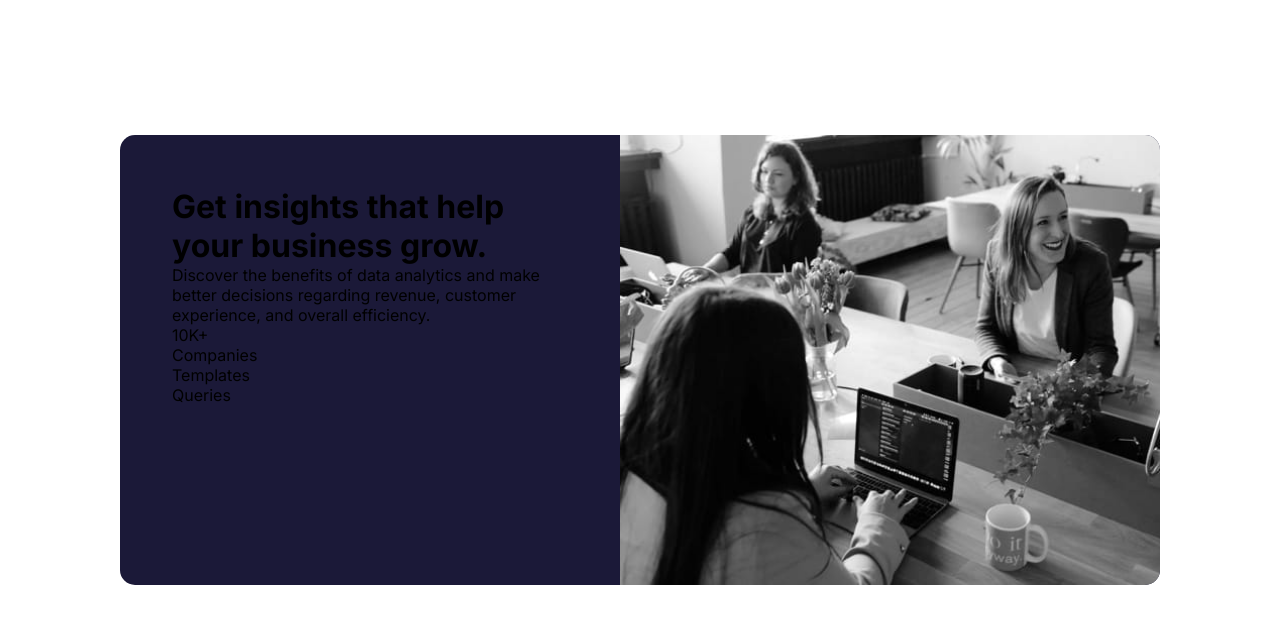
Repository: keisewarsame/stats-preview-frontendmentor
Page: index.html
These files come from the project's save history. The page is drawn as it stood at one moment and after a run of saves; the edit follows.
The browser window is 1280 px wide. The pictures show the whole page.

Above is the page before, as saved 2022-07-12 12:55:04.

### index.html
<!DOCTYPE html>
<html lang="en">
<head>
  <meta charset="UTF-8">
  <meta name="viewport" content="width=device-width, initial-scale=1.0"> <!-- displays site properly based on user's device -->
  <link rel="icon" type="image/png" sizes="32x32" href="./images/favicon-32x32.png">
  <link rel="stylesheet" href="styles.css">
  <title>Frontend Mentor | Stats preview card component</title>
</head>
<body>
    <div class="container">
        <div class="wrapper">
            <div class="text-component">
                <h1 class="title">Get insights that help your business grow.</h1>
                <p class="subtitle">Discover the benefits of data analytics and make better decisions regarding revenue, customer experience, and overall efficiency.</p>
                <div class="stats-component">
                    <div>
                        <p class="num">10K+</p>
                        <p>Companies</p>
                    </div>
                    <div>
                        <p class="num"></p>
                        <p>Templates</p>
                    </div>
                    <div>
                        <p class="num"></p>
                        <p>Queries</p>
                    </div>
                </div>
            </div>
            <div class="image-component">
                <img src="/images/image-header-desktop.jpg" alt="">
            </div>
        </div>
    </div>
</body>
</html>

### styles.css
@import url('https://fonts.googleapis.com/css2?family=Inter:wght@400;700&family=Lexend+Deca&display=swap');

* {
    margin: 0;
    padding: 0;
}

body {
    display: flex;
    align-items: center;
    min-height: 100vh;
}

.container {
    margin: 0 auto;
    max-width: 1040px;
}

.wrapper {
    background-color: hsl(244, 38%, 16%);
    display: flex;
    border-radius: 15px;
    overflow: hidden;
}

.text-component {
    padding: 5%;
    font-family: 'Inter', sans-serif;
}

.title {
    color: hsl()
}






img {
    height: 100%;
}

After the next 2 saves:
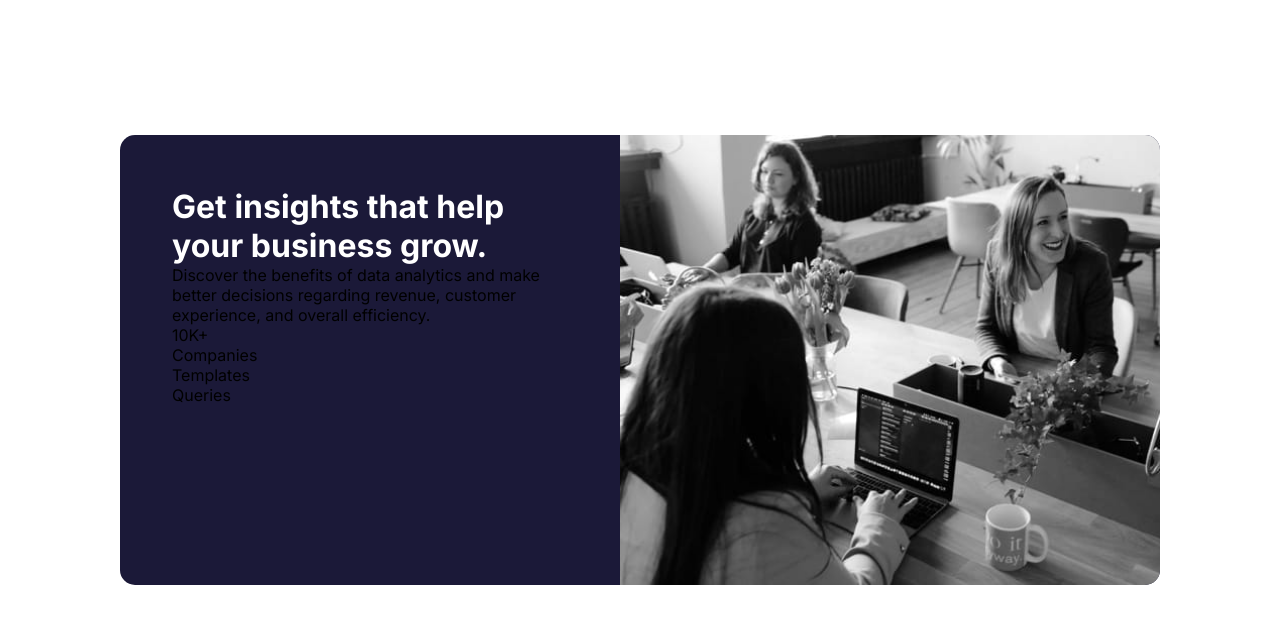
The 2 saves are shown as one change because they came seconds apart.
The last was saved 19 s later.
--- a/styles.css
+++ b/styles.css
@@ -29,7 +29,8 @@ body {
 }
 
 .title {
-    color: hsl()
+    color: hsl(0, 0%, 100%);
+
 }
 
 
